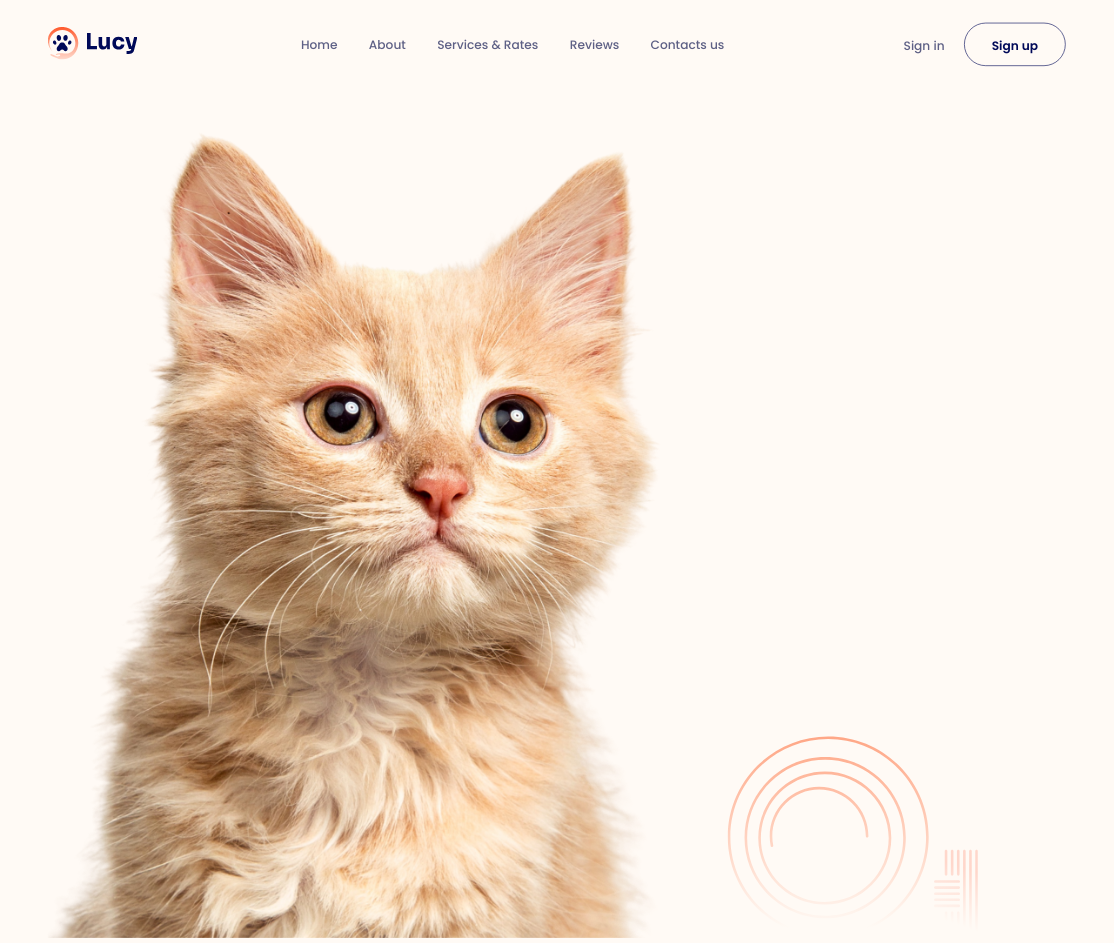
Repository: empty24062002/f8-project-05
Page: index.html
The author's editor kept a copy of each file at every save. The page is drawn from the files as they stood at one save, then again after the next save.
The browser window is 1280 px wide. The pictures show the whole page, at 87% of full size.

Above is the page before, as saved 2023-09-09 17:13:54.

After the next save:
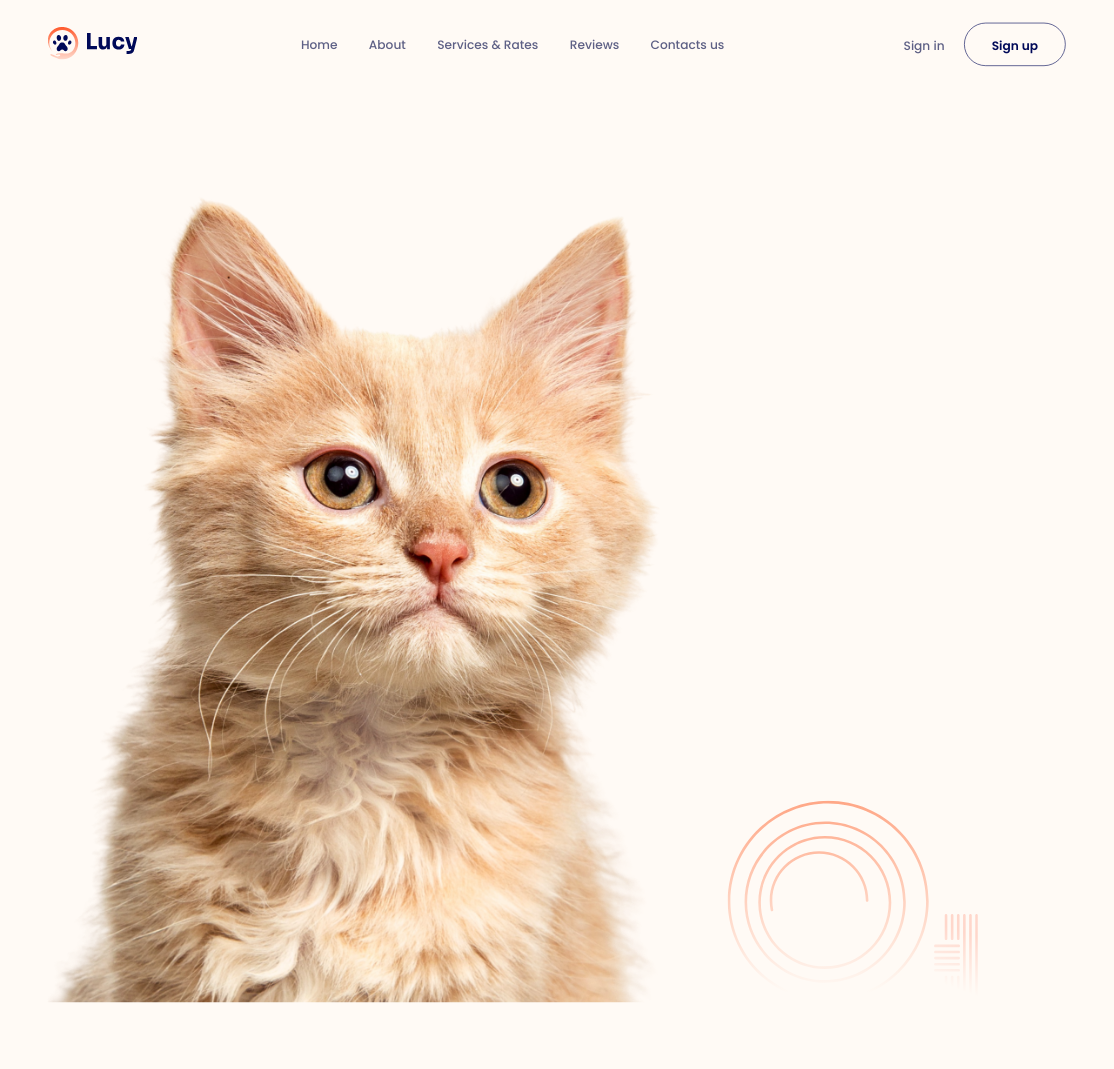
Saved 44 s later.
--- a/assets/css/styles.css
+++ b/assets/css/styles.css
@@ -94,3 +94,8 @@ a {
 
     min-width: 117px;
 }
+
+/* hero */
+.hero {
+    padding: 74px 0;
+}
